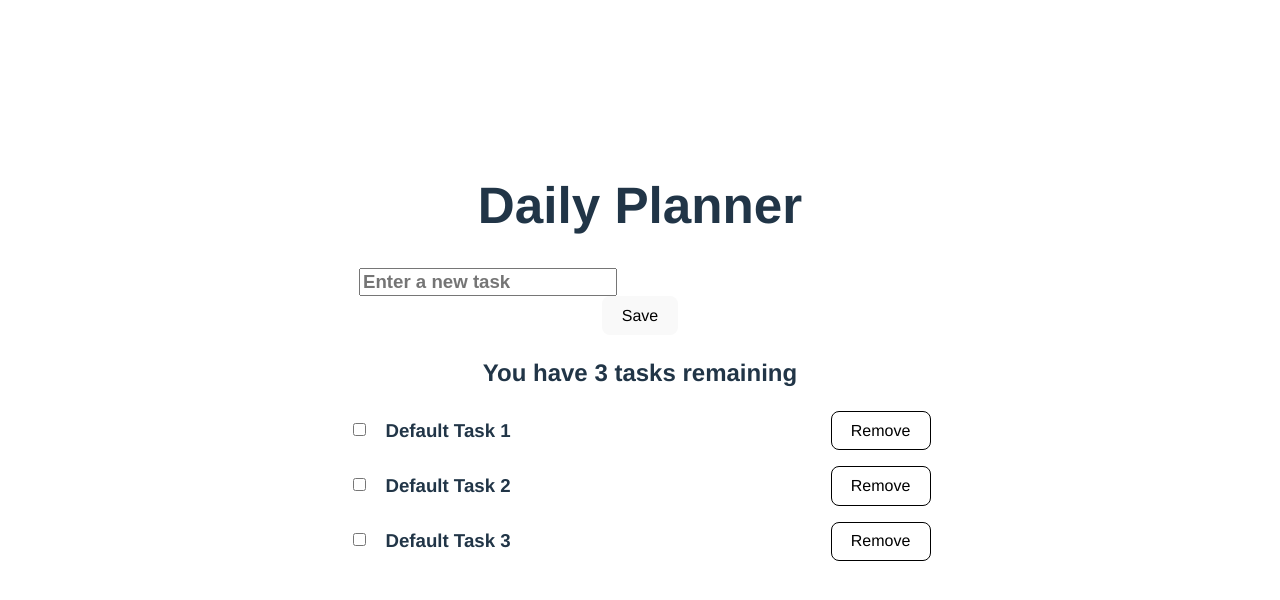
Repository: MonicaNguyenH/Frontend_Assignment6
Page: / (app in react/)
These files come from the project's save history. The page is drawn as it stood at one moment and after the next save; the edit follows.
The browser window is 1280 px wide. The pictures show the whole page.
The project was rebuilt for these pictures with package versions that can differ from the ones it lists, and the page was loaded fresh each time. Also part of the build but not shown: react/vite.config.js.

Above is the page before, as saved 2024-10-11 00:44:08.

After the next save:
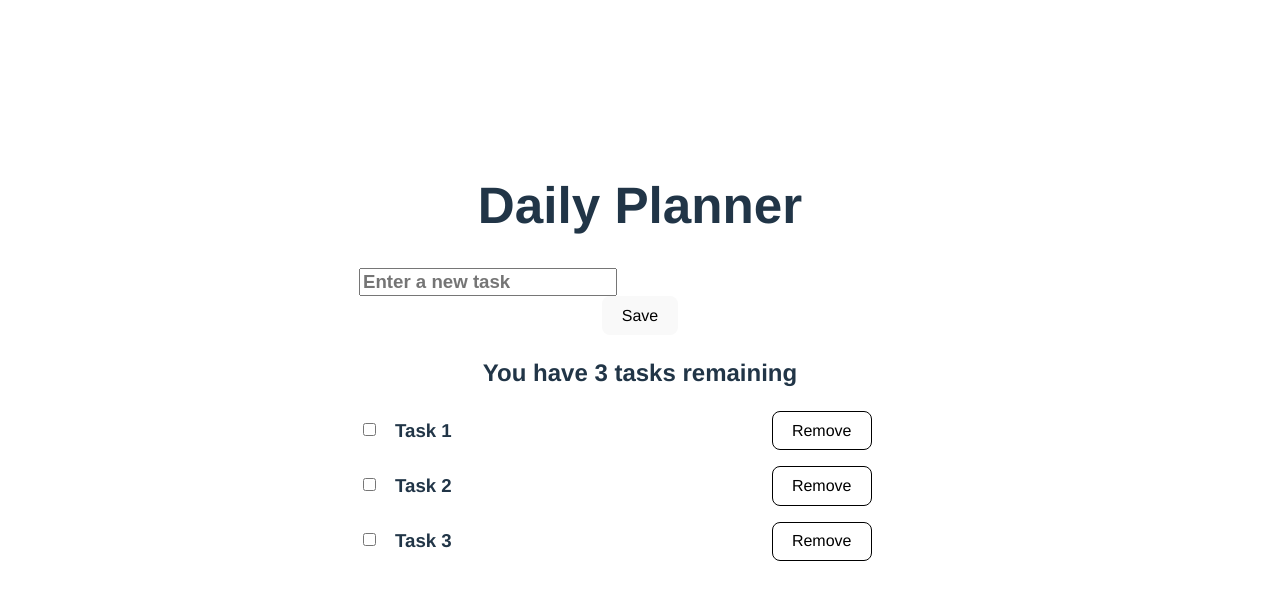
Saved 86 s later.
--- a/react/src/App.jsx
+++ b/react/src/App.jsx
@@ -6,9 +6,9 @@ import TaskForm from './components/TaskForm';
 
 function App() {
   const [task, setTask] = useState([
-    { id: 1, name: "Default Task 1", completed: false },
-    { id: 2, name: "Default Task 2", completed: false },
-    { id: 3, name: "Default Task 3", completed: false }
+    { id: 1, name: "Task 1", completed: false },
+    { id: 2, name: "Task 2", completed: false },
+    { id: 3, name: "Task 3", completed: false }
   ]);
 
   const addTask = (newTask) => {
